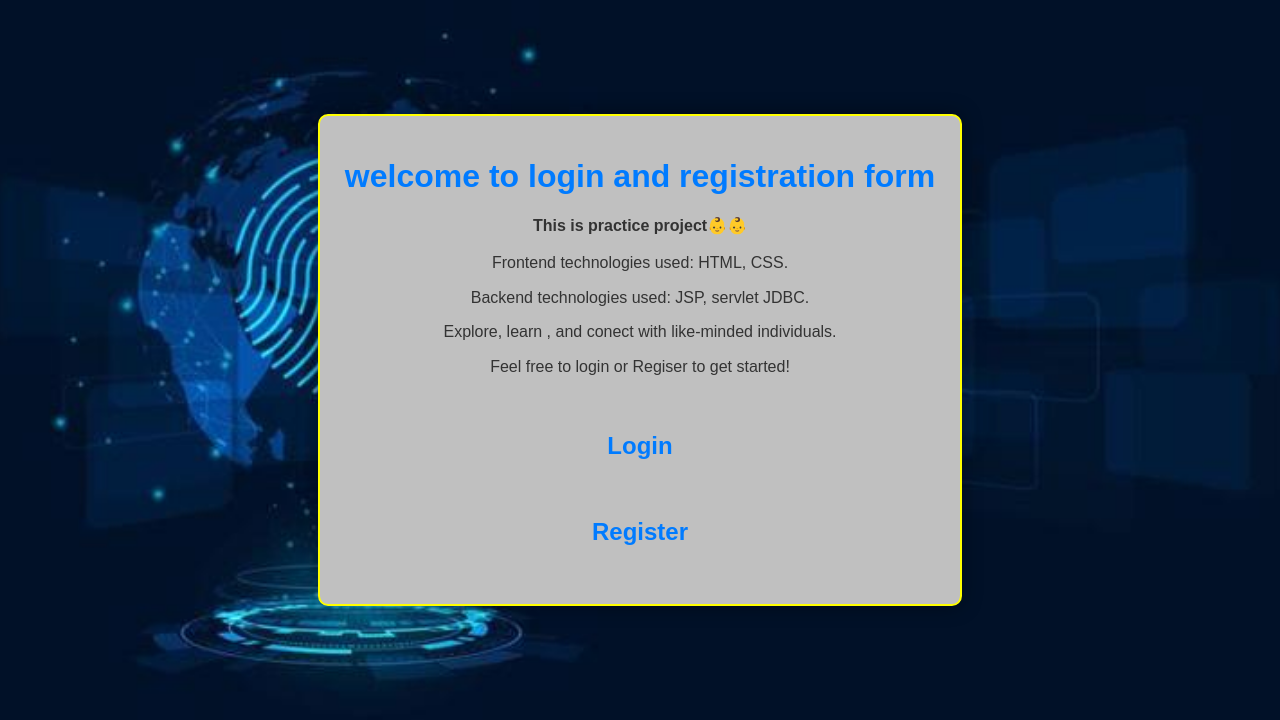
Repository: Rajivkumar2023/java-practice
Page: Login-Registration/src/main/webapp/index.html
An editor plug-in stored every save of this project. The page is shown before and after the next save, followed by the edit.
The browser window is 1280 px wide. The pictures show the whole page.

Above is the page before, as saved 2024-07-31 09:43:49.

After the next save:
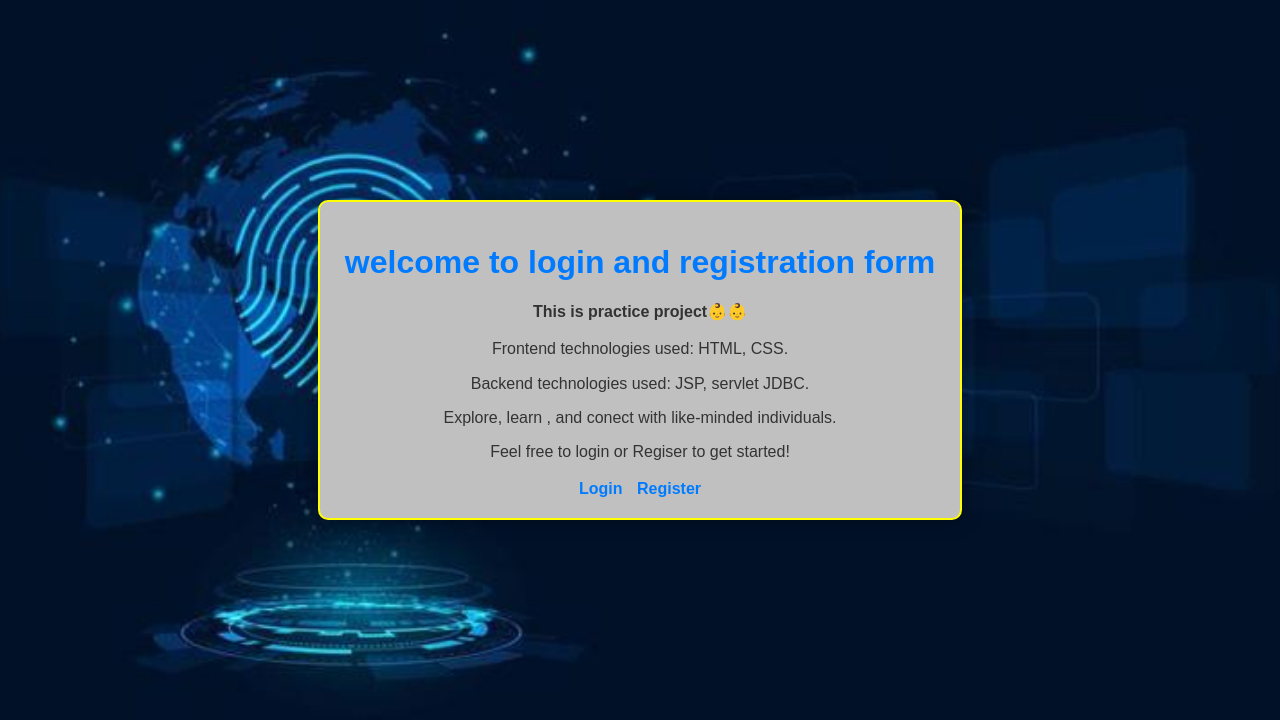
Saved 86 s later.
--- a/Login-Registration/src/main/webapp/index.html
+++ b/Login-Registration/src/main/webapp/index.html
@@ -14,9 +14,9 @@
 	<P> Explore, learn , and conect with like-minded individuals.</P>
 	<p> Feel free to login or Regiser to get started!</p>
 	<div class="links">
-		<a href="login.jsp"><h2>Login</h2></a>
+		<a href="login.jsp">Login</a>
 
-		<a href="register.jsp"><h2>Register</h2></a>
+		<a href="register.jsp">Register</a>
 	</div>
 </div>
 </body>
